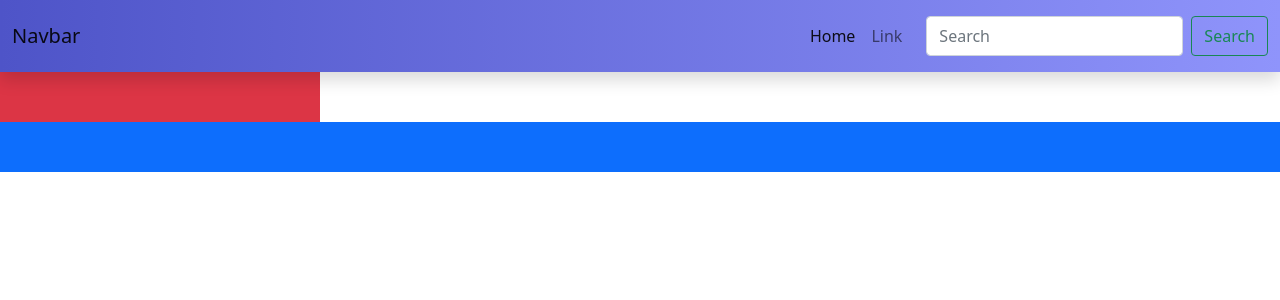
Repository: ttranhhoang/layoutBS
Page: index.html
An editor plug-in stored every save of this project. The page is shown before and after the next save, followed by the edit.
The browser window is 1280 px wide. The pictures show the whole page.

Above is the page before, as saved 2022-04-23 17:18:22.

After the next save:
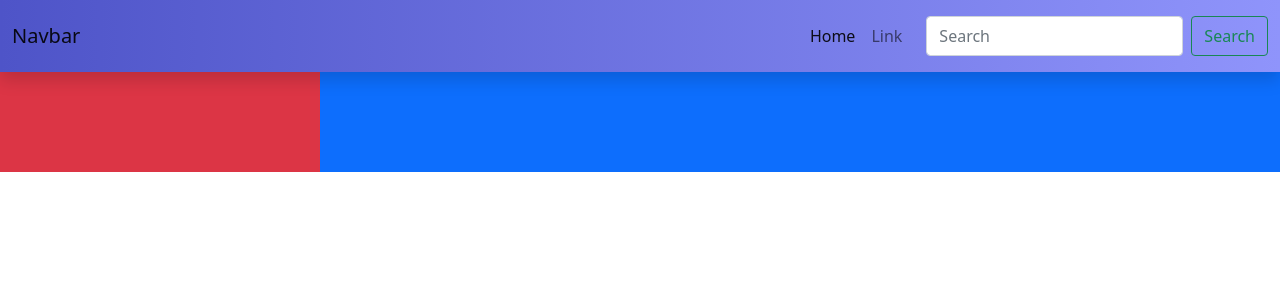
Saved 1 s later.
--- a/index.html
+++ b/index.html
@@ -78,7 +78,7 @@
     <div class="container-fluid">
       <div class="row">
         <div class="col-3 bg-danger"></div>
-        <div class="col- bg-primary"></div>
+        <div class="col bg-primary"></div>
       </div>
     </div>
 

After the save that followed:
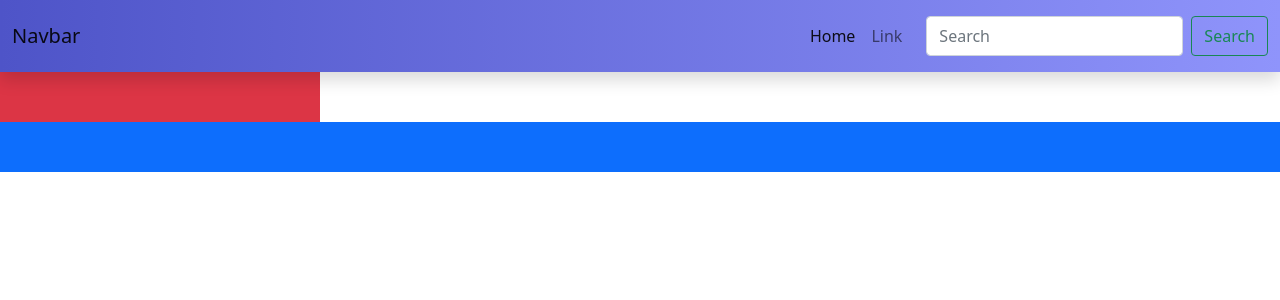
Saved 3 s later.
--- a/index.html
+++ b/index.html
@@ -78,7 +78,7 @@
     <div class="container-fluid">
       <div class="row">
         <div class="col-3 bg-danger"></div>
-        <div class="col bg-primary"></div>
+        <div class="col- bg-primary"></div>
       </div>
     </div>
 
